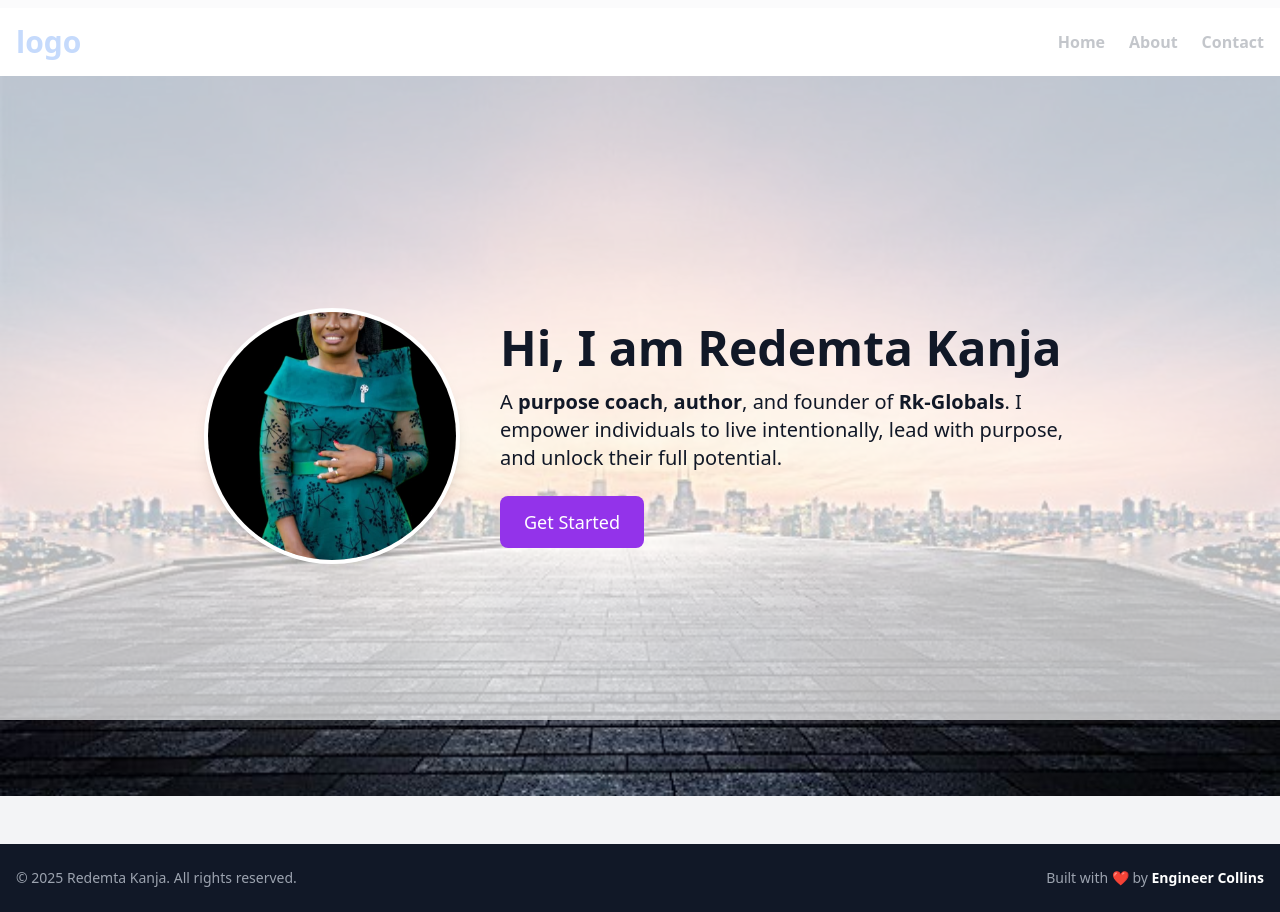
Repository: Engineer-collo/Redemta-Kanja-s-website
Page: /
These files come from the project's save history. The page is drawn as it stood at one moment and after a run of saves; the edit follows.
The browser window is 1280 px wide. The pictures show the whole page.
The project was rebuilt for these pictures with package versions that can differ from the ones it lists, and the page was loaded fresh each time. Also part of the build but not shown: vite.config.js, src/pages/Home.jsx, src/pages/About.jsx, src/pages/Contact.jsx.

Above is the page before, as saved 2025-05-18 06:54:43.

### index.html
<!DOCTYPE html>
<html lang="en">
<head>
  <meta charset="UTF-8">
  <meta name="viewport" content="width=device-width, initial-scale=1.0">
  <title>React Vite Starter</title>
</head>
<body class="bg-gray-100">
  <div id="root"></div>
  <script type="module" src="/src/main.jsx"></script>
</body>
</html>

### src/main.jsx
import React from 'react'
import ReactDOM from 'react-dom/client'
import './index.css'
import App from './App'

ReactDOM.createRoot(document.getElementById('root')).render(
  <React.StrictMode>
    <App />
  </React.StrictMode>,
)

### src/App.jsx
import { BrowserRouter as Router, Route, Routes } from "react-router-dom";
import Home from "./pages/Home";
import About from "./pages/About";
import Contact from "./pages/Contact";
import Footer from "./components/Footer";
import Navbar from "./components/Navbar";
import LandingPage from "./pages/Landingpage";


function App() {
  return (
    <Router>
      <Navbar/>
      <Routes>
      <Route path="/" element={<LandingPage/>} />
        <Route path="/home" element={<Home/>} />
        <Route path="/about" element={<About />} />
        <Route path="/contact" element={<Contact />} />
      </Routes>
    <Footer/>
    </Router>
  );
}

export default App;

### src/components/Footer.jsx
const Footer = () => {
    return(
        <>
        <footer className="bg-gray-900 text-white py-6 mt-12">
  <div className="max-w-7xl mx-auto px-4 flex flex-col md:flex-row justify-between items-center space-y-4 md:space-y-0">
    <p className="text-sm text-gray-400">
      &copy; {new Date().getFullYear()} Redemta Kanja. All rights reserved.
    </p>
    <p className="text-sm text-gray-400">
      Built with ❤️ by <span className="text-white font-semibold">Engineer Collins</span>
    </p>


  </div>
</footer>

        </>
    )
}

export default Footer

### src/components/Navbar.jsx
import React, { useState } from 'react';
import { Link } from 'react-router-dom';

const Navbar = () => {
  const [isOpen, setIsOpen] = useState(false);

  const toggleMenu = () => setIsOpen(!isOpen);

  return (
    <header className=" mt-2 bg-white shadow-md">
      <div className="max-w-7xl mx-auto px-4 py-4 flex justify-between items-center">
        <h1 className="text-3xl font-bold text-gray-800"><Link to="/" className="hover:text-blue-500 text-gray-700 transition"><span className='text-blue-500'>logo</span></Link>
        </h1>

        {/* Desktop nav */}
        <nav className="space-x-6 hidden md:flex">
        <Link to="/" className="hover:text-blue-500 font-bold text-gray-700 transition">Home</Link>
          <Link to="/about" className="hover:text-blue-500 font-bold text-gray-700 transition">About</Link>
          <Link to="/contact" className="hover:text-blue-500 font-bold text-gray-700 transition">Contact</Link>
        </nav>

        {/* Mobile menu toggle */}
        <div className="md:hidden">
          <button onClick={toggleMenu} className="text-gray-700 focus:outline-none">
            <svg className="h-6 w-6" fill="none" stroke="currentColor" strokeWidth="2" viewBox="0 0 24 24">
              <path strokeLinecap="round" strokeLinejoin="round" d={isOpen ? 'M6 18L18 6M6 6l12 12' : 'M4 6h16M4 12h16M4 18h16'} />
            </svg>
          </button>
        </div>
      </div>

      {/* Mobile nav links */}
      {isOpen && (
        <nav className="md:hidden px-4 pb-4 space-y-2">
          <Link to="/about" className="block text-gray-700 font-bold hover:text-blue-500">About</Link>
          <Link to="/contact" className="block text-gray-700 font-bold hover:text-blue-500">Contact</Link>
        </nav>
      )}
    </header>
  );
};

export default Navbar;

### src/pages/Landingpage.jsx
import React from 'react';
import { useNavigate } from 'react-router-dom';

const LandingPage = () => {
  const navigate = useNavigate();

  const handleGetStarted = () => {
    navigate('/home');
  };

  return (
    <div className="min-h-screen flex flex-col md:flex-row items-center justify-center text-gray-900 px-6 py-10 bg-cover bg-center bg-[url('/city-bg.png')]">

      {/* Overlay (optional for readability) */}
      <div className="absolute inset-0 bg-white bg-opacity-70 z-0" />

      <div className="relative z-10 flex flex-col md:flex-row items-center justify-center">
        {/* Image */}
        <div className="mb-8 md:mb-0 md:mr-10">
          <img
            src="/redemta-pic.png"
            alt="Redem-ta Kanja"
            className="w-64 h-64 object-cover rounded-full shadow-lg border-4 border-white"
          />
        </div>

        {/* Text */}
        <div className="text-center md:text-left max-w-xl">
          <h1 className="text-4xl md:text-5xl font-bold mb-4">Hi, I am Redemta Kanja</h1>
          <p className="text-lg md:text-xl mb-6">
            A <strong>purpose coach</strong>, <strong>author</strong>, and founder of <strong>Rk-Globals</strong>.
            I empower individuals to live intentionally, lead with purpose, and unlock their full potential.
          </p>
          <button
            onClick={handleGetStarted}
            className="bg-purple-600 text-white px-6 py-3 rounded-lg text-lg hover:bg-purple-700 transition"
          >
            Get Started
          </button>
        </div>
      </div>
    </div>
  );
};

export default LandingPage;

Loaded but not shown: src/index.css (common file); tailwind.config.js (common file)

After the next 3 saves:
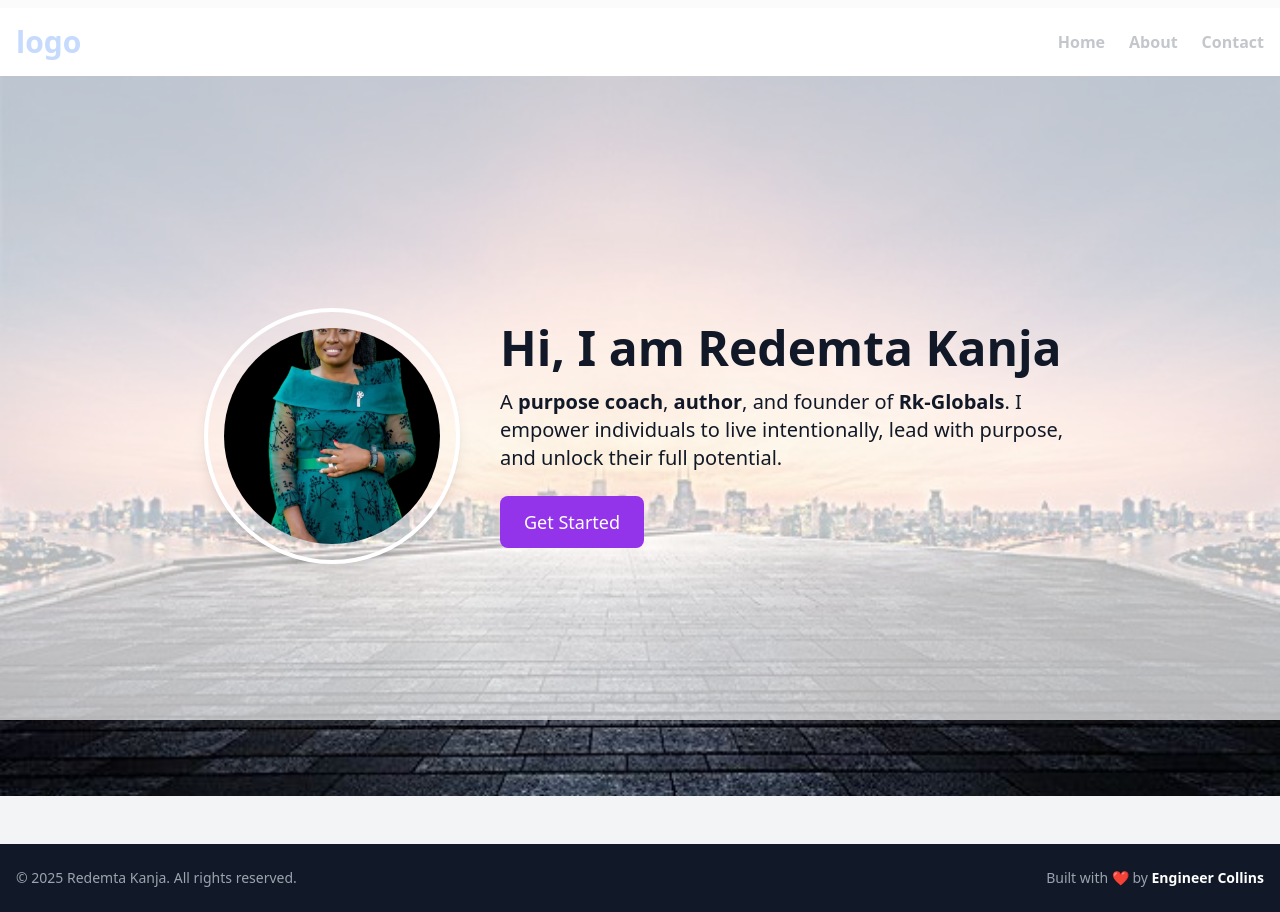
The 3 saves are shown as one change because they came seconds apart.
The last was saved 28 s later.
--- a/src/pages/Landingpage.jsx
+++ b/src/pages/Landingpage.jsx
@@ -20,7 +20,7 @@ const LandingPage = () => {
           <img
             src="/redemta-pic.png"
             alt="Redem-ta Kanja"
-            className="w-64 h-64 object-cover rounded-full shadow-lg border-4 border-white"
+            className="w-64 h-64 object-cover p-4 rounded-full shadow-lg border-4 border-white"
           />
         </div>
 
